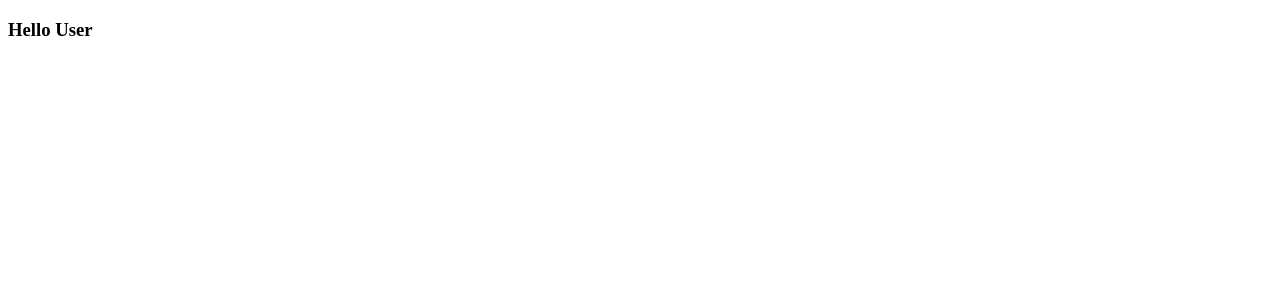
Repository: AwareSelf/JavaTrainingPublic
Page: 15Sep/webapp_1sepbatch/HtmlJSWeb/src/main/webapp/classesobjects.html
These files come from the project's save history. The page is drawn as it stood at one moment and after the next save; the edit follows.
The browser window is 1280 px wide. The pictures show the whole page.

Above is the page before, as saved 2022-09-13 10:58:24.
Console error: ReferenceError: total is not defined

### 15Sep/webapp_1sepbatch/HtmlJSWeb/src/main/webapp/classesobjects.html
<!DOCTYPE html>
<html>
<head>
<meta charset="ISO-8859-1">
<title>Hello World</title>

<script type="text/javascript">

//Declaring class
class Employee
  {
//Initializing an object
    constructor(id,name)
    {
      this.id=id;
      this.name=name;
    }
//Declaring method
    detail()
    {
  document.writeln(this.id+" "+this.name+"<br>")
    }
  }



</script>

</head>
<body>
<h3>Hello User </h3>

<script type="text/javascript">
document.write(total);
</script>
</body>
</html>

After the next save:
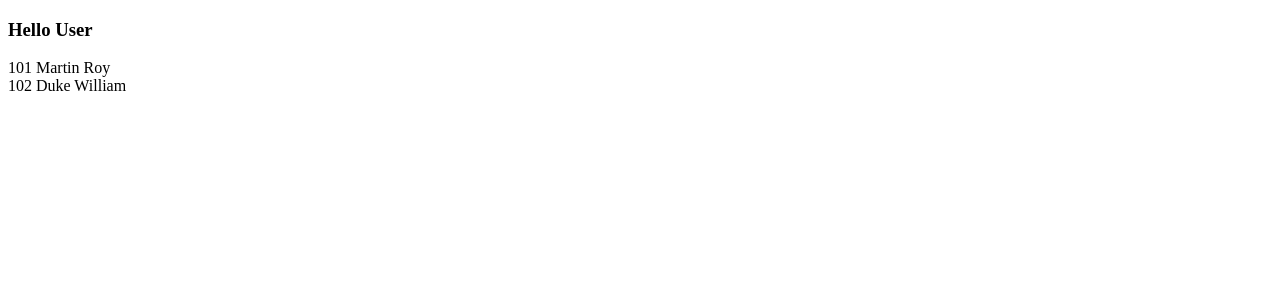
The error is gone.
Saved 23 s later.
--- a/15Sep/webapp_1sepbatch/HtmlJSWeb/src/main/webapp/classesobjects.html
+++ b/15Sep/webapp_1sepbatch/HtmlJSWeb/src/main/webapp/classesobjects.html
@@ -31,7 +31,11 @@ class Employee
 <h3>Hello User </h3>
 
 <script type="text/javascript">
-document.write(total);
+//passing object to a variable
+var e1=new Employee(101,"Martin Roy");
+var e2=new Employee(102,"Duke William");
+e1.detail(); //calling method
+e2.detail();
 </script>
 </body>
 </html>
